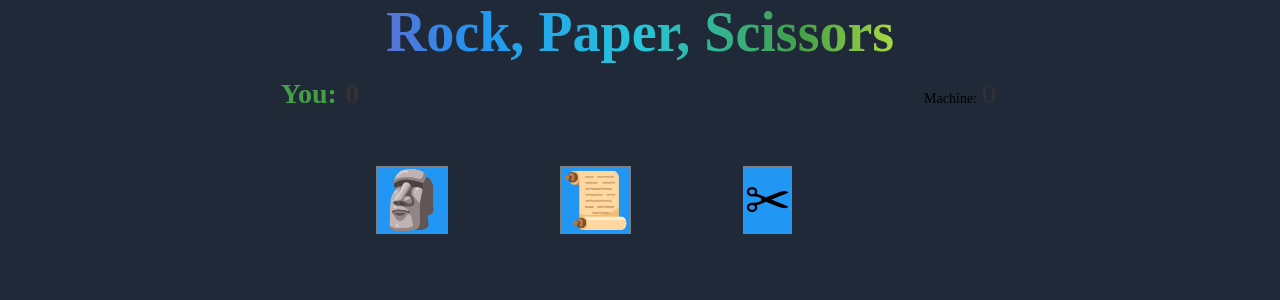
Repository: dung8466/RPS
Page: index.html
The author's editor kept a copy of each file at every save. The page is drawn from the files as they stood at one save, then again after the next save.
The browser window is 1280 px wide. The pictures show the whole page.

Above is the page before, as saved 2022-07-01 21:41:15.

After the next save:
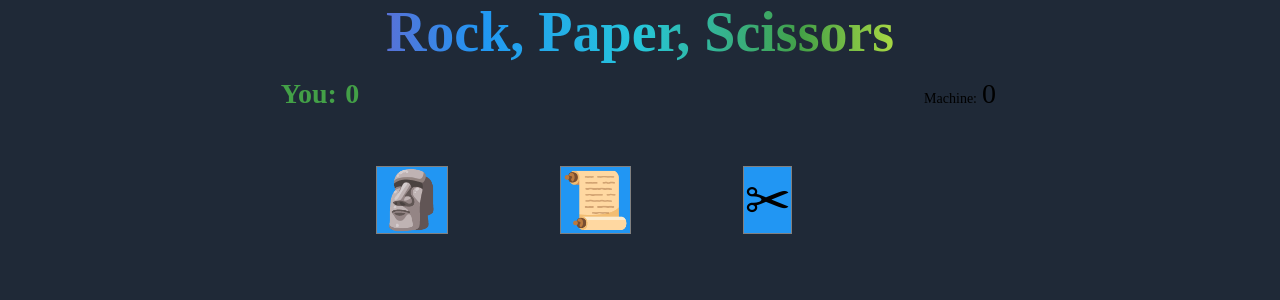
Saved 18 s later.
--- a/style.css
+++ b/style.css
@@ -48,7 +48,7 @@
   .result-score {
     margin-left: .1rem;
     font-size: 2rem;
-    color: #333;
+    color: #yellow;
   }
 
   .result-selection {
